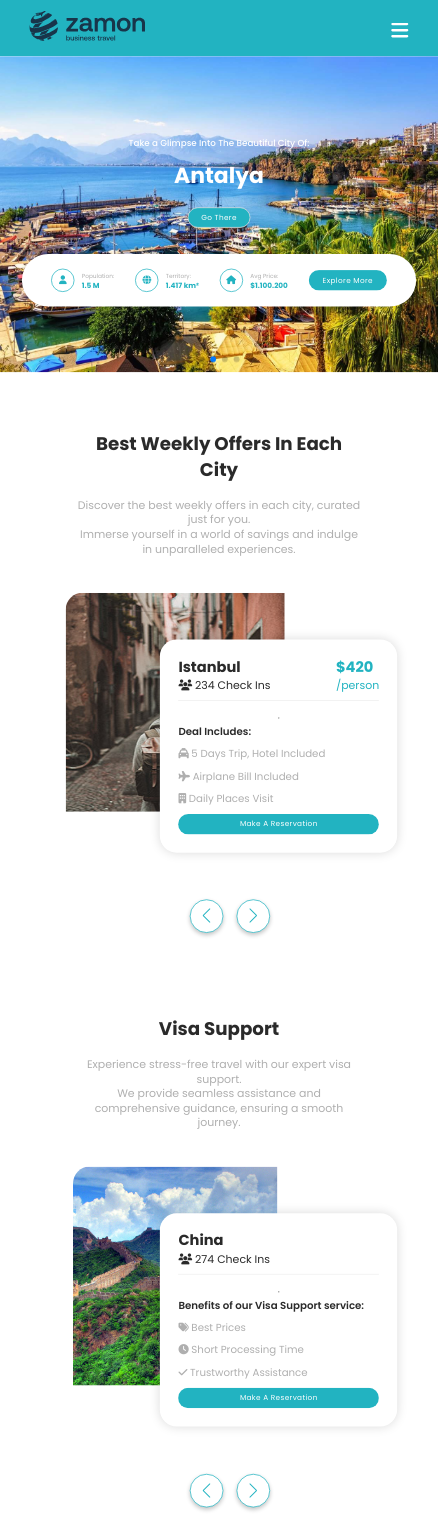
Repository: asadbekdev07/asadbekdev-zamontour-react
Page: /
An editor plug-in stored every save of this project. The page is shown before and after the next save, followed by the edit.
The browser window is 600 px wide. The pictures show the whole page, at 73% of full size.
The project was rebuilt for these pictures with package versions that can differ from the ones it lists, and the page was loaded fresh each time. Also part of the build but not shown: vite.config.js.

Above is the page before, as saved 2024-05-26 17:32:07.

After the next save:
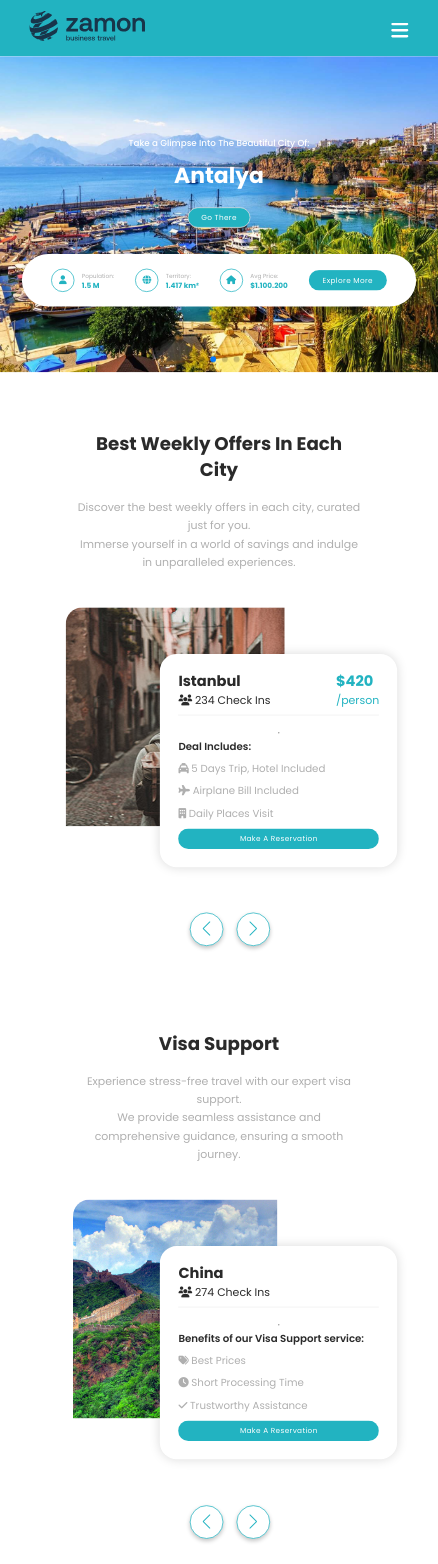
Saved 11 s later.
--- a/src/assets/styles/index.css
+++ b/src/assets/styles/index.css
@@ -759,7 +759,7 @@ select:-webkit-autofill:focus {
   }
   .offers__description,
   .visa__description {
-    line-height: 20px;
+    line-height: 25px;
   }
   .offers__img {
     width: 300px;
